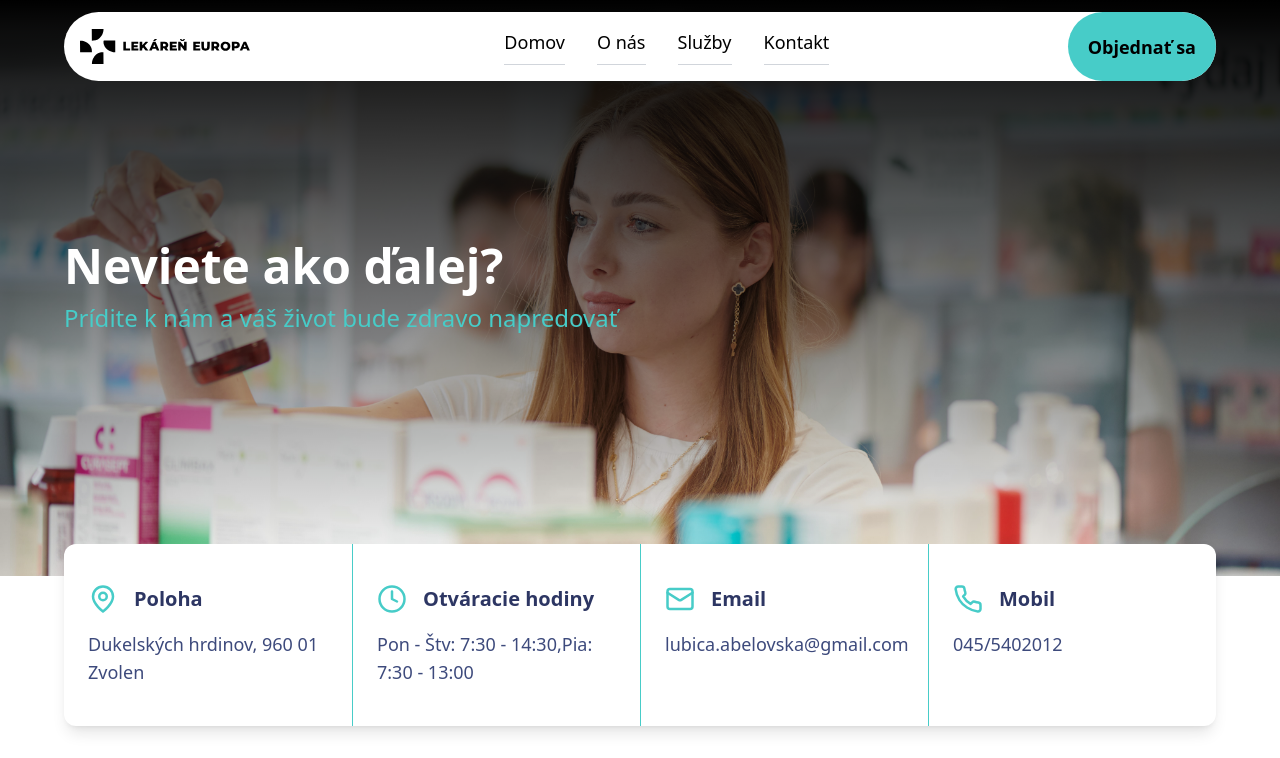
Repository: SimonSkoda13/Lekaren
Page: /
An editor plug-in stored every save of this project. The page is shown before and after the next save, followed by the edit.
The browser window is 1280 px wide. The pictures show the whole page.
The project was rebuilt for these pictures with package versions that can differ from the ones it lists, and the page was loaded fresh each time. The framework's server and built-in components were replaced by stand-ins that run in the browser. Also part of the build but not shown: next.config.js.

Above is the page before, as saved 2023-04-22 20:08:54.

### src/app/layout.tsx
import { Header } from "./components/Header/Header";
import "./globals.css";
import { Poppins } from "next/font/google";

export const metadata = {
  title: "Create Next App",
  description: "Generated by create next app",
};

export default function RootLayout({
  children,
}: {
  children: React.ReactNode;
}) {
  return (
    <html lang="en">
      <body className="bg-white min-h-[100vh]">
        <Header />
        <main>{children}</main>
        <footer></footer>
      </body>
    </html>
  );
}

### src/app/page.tsx
import Image from "next/image";
import { Inter } from "next/font/google";
import { HomeHero } from "./components/HomeHero/HomeHero";
import { Contact } from "./components/Contact/Contact";
import { Phone, MapPin, Clock4, Mail } from "lucide-react";

const inter = Inter({ subsets: ["latin"] });

// page with

export default function Home() {
  return (
    <>
      <HomeHero
        title={"Neviete ako ďalej?"}
        image={"/homeBanner.jpg"}
        description={"Prídite k nám a váš život bude zdravo napredovať"}
      />
      <Contact
        items={[
          {
            title: "Poloha",
            link: "https://goo.gl/maps/L5p9gij7kJ6iXfnA9",
            description: "Dukelských hrdinov, 960 01 Zvolen",
            icon: <MapPin size={30} className="stroke-primary" />,
          },
          {
            title: "Otváracie hodiny",
            link: "https://goo.gl/maps/L5p9gij7kJ6iXfnA9",
            description: "Pon - Štv:  7:30 - 14:30,Pia: 7:30 - 13:00",
            icon: <Clock4 size={30} className="stroke-primary" />,
          },
          {
            title: "Email",
            link: "mailto:lubica.abelovska@gmail.com",
            description: "lubica.abelovska@gmail.com",
            icon: <Mail size={30} className="stroke-primary" />,
          },
          {
            title: "Mobil",
            description: "045/5402012",
            link: "tel:045/5402012",
            icon: <Phone size={30} className="stroke-primary" />,
          },
        ]}
      />
    </>
  );
}

### src/app/components/Header/Header.tsx
import Link from "next/link";
import React from "react";
import { Nav } from "./Nav/Nav";

export interface HeaderProps {}

export const Header = (props: HeaderProps) => {
  const {} = props;
  return (
    <header className="cntn fixed w-full top-3 z-10">
      <div className="flex bg-white rounded-full ">
        {/* logo */}
        <div className="flex justify-center items-center px-4">
          <img src="/logoHeader.svg" alt="logo" className="w-[170px]" />
        </div>
        {/* nav */}
        {/* get error for next server components */}

        <Nav />
        {/* button order self */}
        <div className="flex justify-center items-center px-5 p-0 bg-primary rounded-full text-lg font-bold">
          <Link href="/order">Objednať sa</Link>
        </div>
      </div>
    </header>
  );
};

### src/app/globals.css
@tailwind base;
@tailwind components;
@tailwind utilities;

@layer components {
  .cntn {
    @apply mx-auto px-4  max-w-screen-xl md:px-16;
  }
}

### src/app/components/HomeHero/HomeHero.tsx
import Image from "next/image";
import React from "react";
import { ImageGradient } from "./ImageGradient/ImageGradient";

export interface HomeHeroProps {
  title: string;
  image: string;
  description: string;
}

export const HomeHero = (props: HomeHeroProps) => {
  const { title, image, description } = props;
  return (
    <section className="relative h-[80vh] z-0 px-0">
      <div className="w-full h-full absolute left-0 top-0 ">
        {/* make filter for image to odd brightness from top biggest to bottom lowest */}
        <ImageGradient>
          <Image
            src={image}
            alt="Next.js logo"
            fill
            style={{
              objectFit: "cover",
              objectPosition: "center",
            }}
          />
        </ImageGradient>
      </div>
      <div className="cntn relative gap-3 h-full flex justify-center flex-wrap flex-col z-10">
        <h1 className="text-5xl font-bold text-white">{title}</h1>
        <p className="text-2xl text-primary">{description}</p>
      </div>
    </section>
  );
};

### src/app/components/Contact/Contact.tsx
import { Phone } from "lucide-react";
import { Url } from "next/dist/shared/lib/router/router";
import Image from "next/image";
import Link from "next/link";
import React, { ReactNode } from "react";

export interface ContactProps {
  items?: {
    title: string;
    description: string;
    icon: ReactNode;
    link?: string;
  }[];
}

export const Contact = (props: ContactProps) => {
  const { items } = props;
  return (
    <section className="cntn z-10 relative top-[-2rem]">
      <div className="w-full h-full grid grid-cols-2 md:grid-cols-4 items-start bg-white rounded-xl shadow-lg divide-x divide-primary">
        {items?.map((item) => (
          <Link href={item?.link as Url} className="h-full">
            <div className="flex flex-col items-start gap-4 p-6 py-10">
              <div className="flex w-full flex-row gap-4 items-center">
                {item.icon}
                <h2 className="text-xl font-bold text-secondary">
                  {item.title}
                </h2>
              </div>
              <p className="text-lg font-medium text-secondary-light">
                {item.description}
              </p>
            </div>
          </Link>
        ))}
      </div>
    </section>
  );
};

### src/app/components/Header/Nav/Nav.tsx
"use client";

import Link from "next/link";
import { usePathname } from "next/navigation";
import React from "react";

export const Nav = () => {
  const path = usePathname();
  console.log(path);

  return (
    <div className="py-4 px-4 flex gap-8 items-center mx-auto text-lg font-medium">
      <Link
        href="/"
        className={
          path === "/"
            ? "inline-block border-b border-gray-300 w-1/4 pb-2"
            : "hover:inline-block border-b border-red w-1/2 pb-2"
        }
      >
        Domov
      </Link>
      <Link
        href="/onas"
        className={
          path === "/"
            ? "inline-block border-b border-gray-300 w-1/4 pb-2"
            : "hover:inline-block border-b border-red w-1/2 pb-2"
        }
      >
        O nás
      </Link>
      <Link
        href="/sluzby"
        className={
          path === "/"
            ? "inline-block border-b border-gray-300 w-1/4 pb-2"
            : "hover:inline-block border-b border-red w-1/2 pb-2"
        }
      >
        Služby
      </Link>
      <Link
        href="/kontakt"
        className={
          path === "/"
            ? "inline-block border-b border-gray-300 w-1/4 pb-2"
            : "hover:inline-block border-b border-red w-1/2 pb-2"
        }
      >
        Kontakt
      </Link>
    </div>
  );
};

### src/app/components/HomeHero/ImageGradient/ImageGradient.tsx
import React from "react";

export interface ImageGradientProps {
  children: React.ReactNode;
}

export const ImageGradient = (props: ImageGradientProps) => {
  const { children } = props;
  return (
    <div className="relative w-full h-full overflow-hidden z-10">
      <div className="absolute inset-0 z-10 bg-gradient-to-b from-black"></div>
      {children}
    </div>
  );
};

### tailwind.config.js
/** @type {import('tailwindcss').Config} */
module.exports = {
  content: [
    "./src/pages/**/*.{js,ts,jsx,tsx,mdx}",
    "./src/components/**/*.{js,ts,jsx,tsx,mdx}",
    "./src/app/**/*.{js,ts,jsx,tsx,mdx}",
  ],
  theme: {
    extend: {
      colors: {
        primary: "#47CCC8",
        secondary: "#2D3663",
        "secondary-light": "#3D4A7C",
      },
    },
  },
  plugins: [],
};

Loaded but not shown: src/app/api/hello/route.ts (common file)

After the next save:
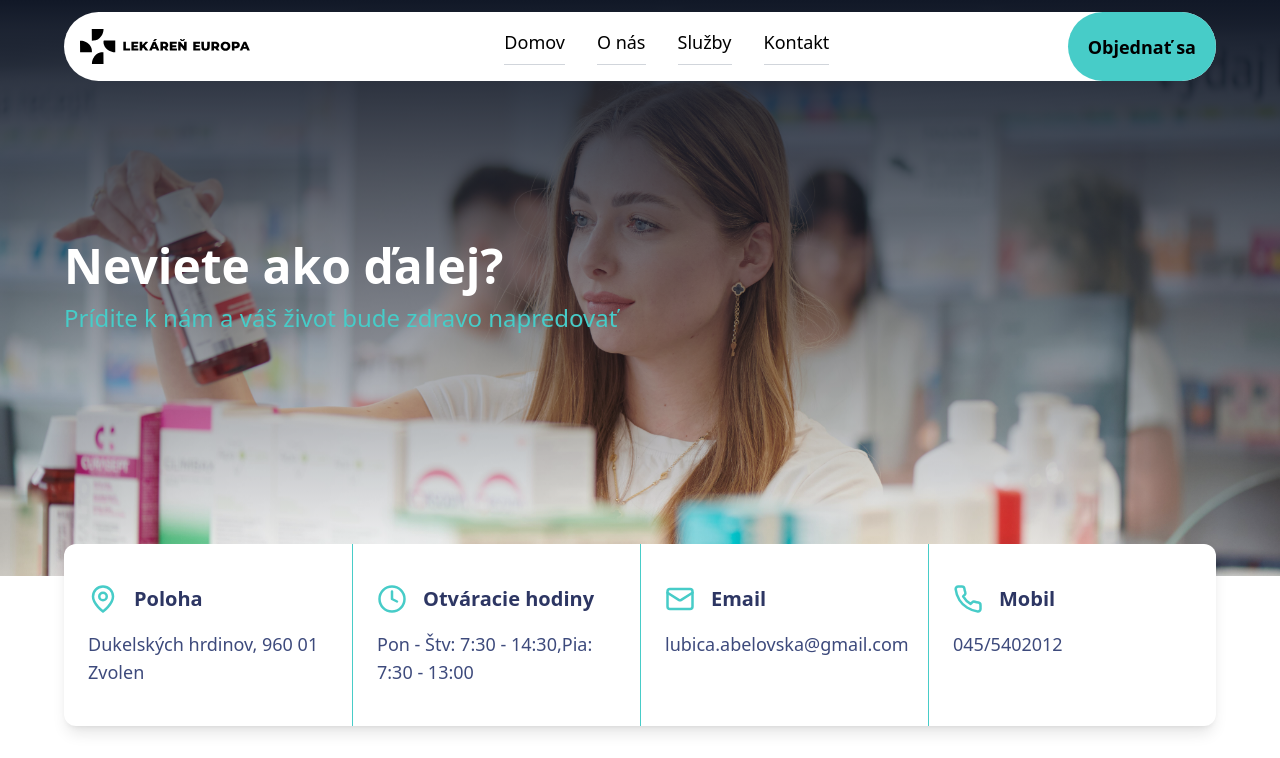
Saved 52 s later.
--- a/src/app/components/HomeHero/ImageGradient/ImageGradient.tsx
+++ b/src/app/components/HomeHero/ImageGradient/ImageGradient.tsx
@@ -8,7 +8,7 @@ export const ImageGradient = (props: ImageGradientProps) => {
   const { children } = props;
   return (
     <div className="relative w-full h-full overflow-hidden z-10">
-      <div className="absolute inset-0 z-10 bg-gradient-to-b from-black"></div>
+      <div className="absolute inset-0 z-10 bg-gradient-to-b from-gray-900"></div>
       {children}
     </div>
   );
